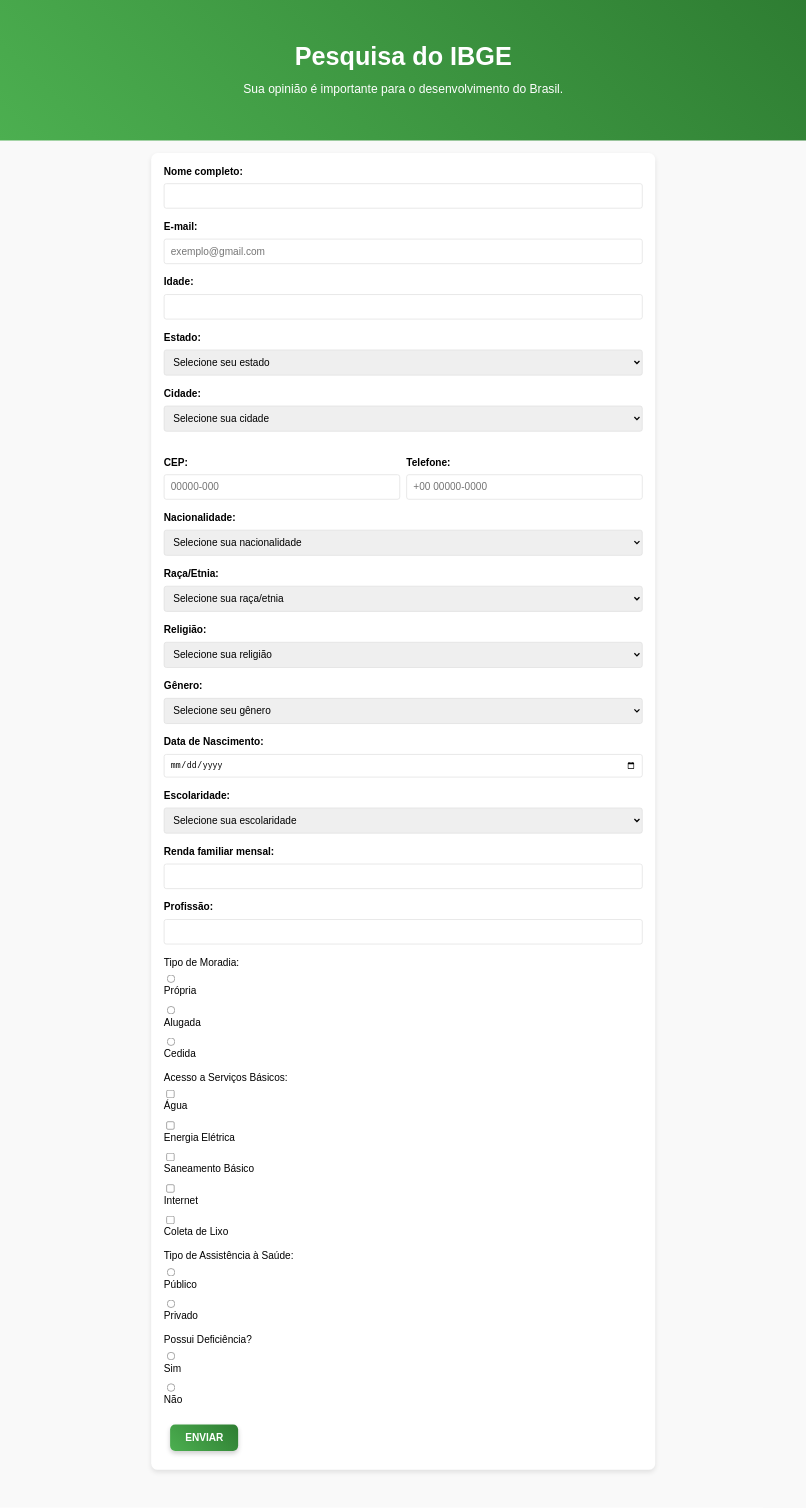
Repository: Gabrielb0rn/Projeto-Formul-rio.io
Page: index.html
An editor plug-in stored every save of this project. The page is shown before and after the next save, followed by the edit.
The browser window is 1280 px wide. The pictures show the whole page, at 63% of full size.

Above is the page before, as saved 2024-07-01 08:40:30.

After the next save:
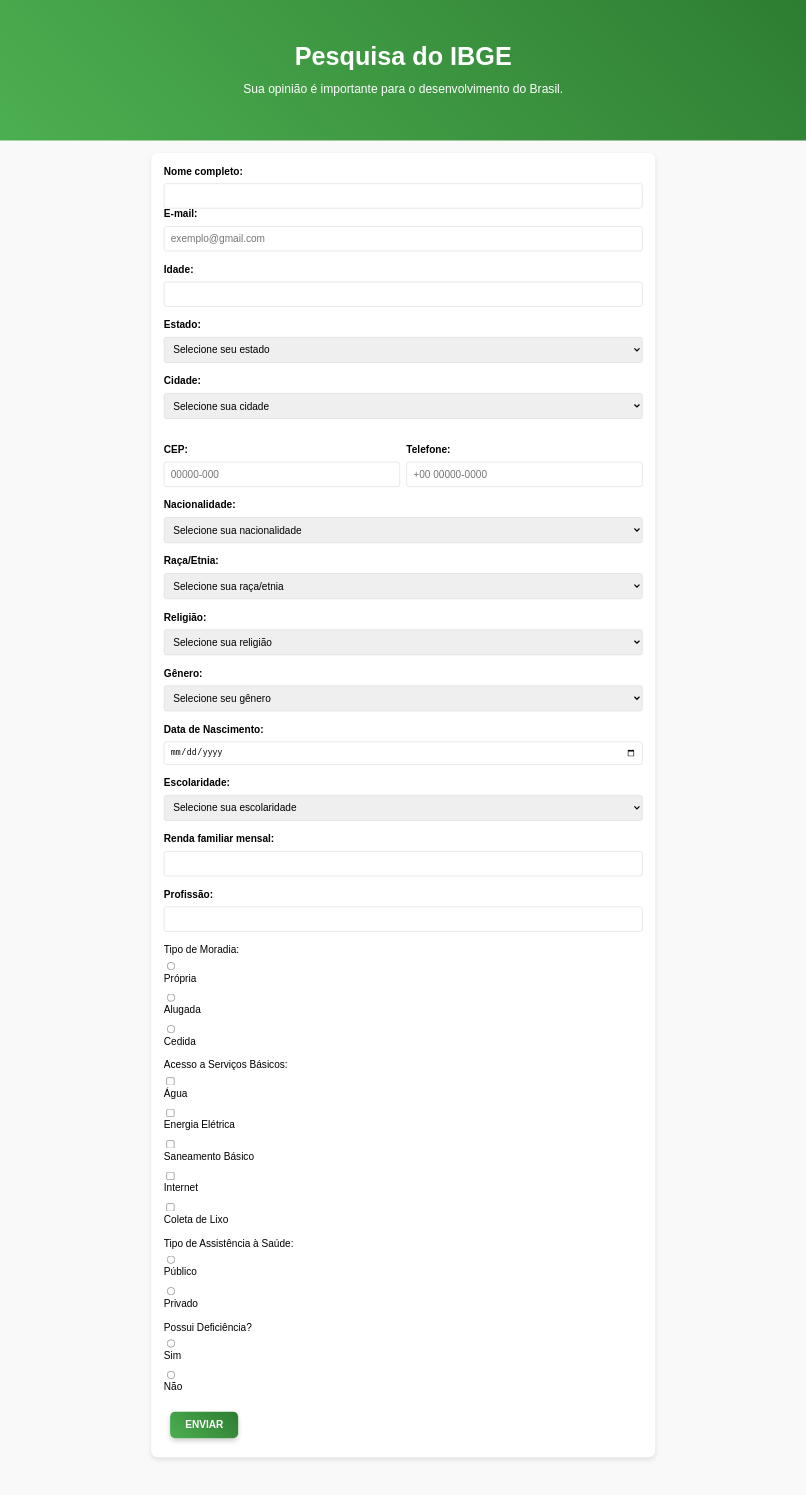
Saved 2 s later.
--- a/index.html
+++ b/index.html
@@ -16,7 +16,7 @@
     <main>
         <div class="container">
             <form id="form">
-                <div class="form-group">
+                <div class="campo">
                     <label for="nome">Nome completo:</label>
                     <input type="text" id="nome" name="nome" required>
                 </div>
